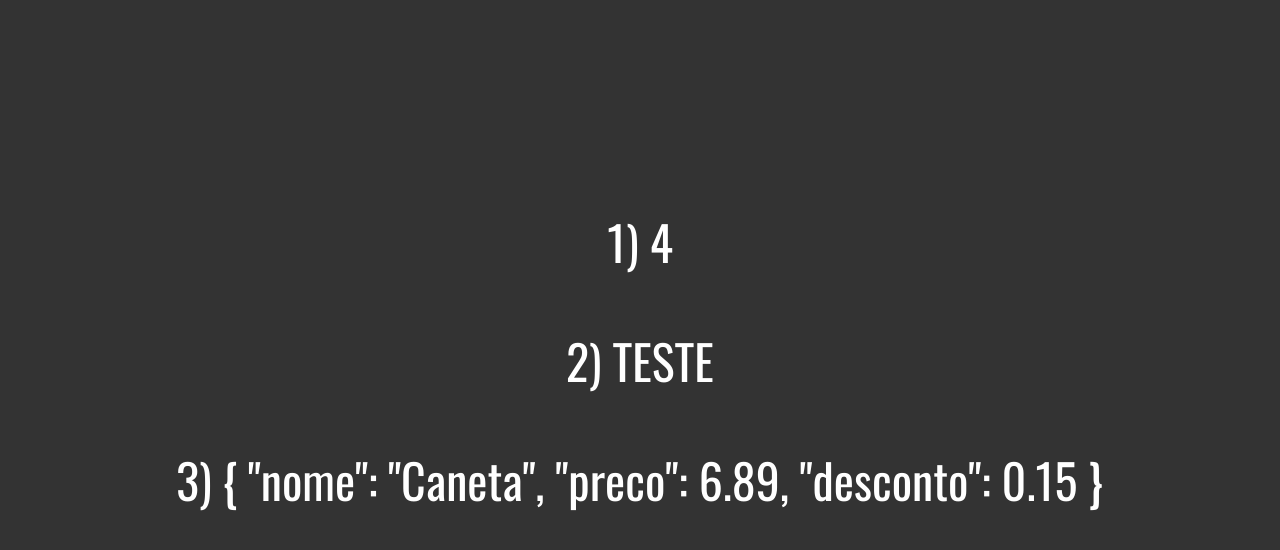
Repository: WillianPer/VUE
Page: exercicios/basico.html
These files come from the project's save history. The page is drawn as it stood at one moment and after the next save; the edit follows.
The browser window is 1280 px wide. The pictures show the whole page.

Above is the page before, as saved 2022-08-11 20:37:35.

### exercicios/basico.html
<!DOCTYPE html>
<html>
<head>
    <meta charset="UTF-8">
    <title>Conceitos Básicos</title>
    <link rel="stylesheet" href="/css/estilo.css">
    <script src="/js/vue.min.js"></script>
</head>
<body class="exercicio">

    <div id="app">
        <p>1) {{2 + 2}}</p>
        <p>2) {{ 'Teste'.toUpperCase() }}</p>
        <p>3) {{ {nome, preco, desconto} }}</p>
    </div>

    <script>
        new Vue({
            el: "#app",
            data: {
                nome: 'Caneta',
                preco: 6.89,
                desconto: 0.15
            }
        })
    </script>
</body>
</html>

Loaded but not shown: exercicios/css/estilo.css (common file); exercicios/js/vue.min.js (library)

After the next save:
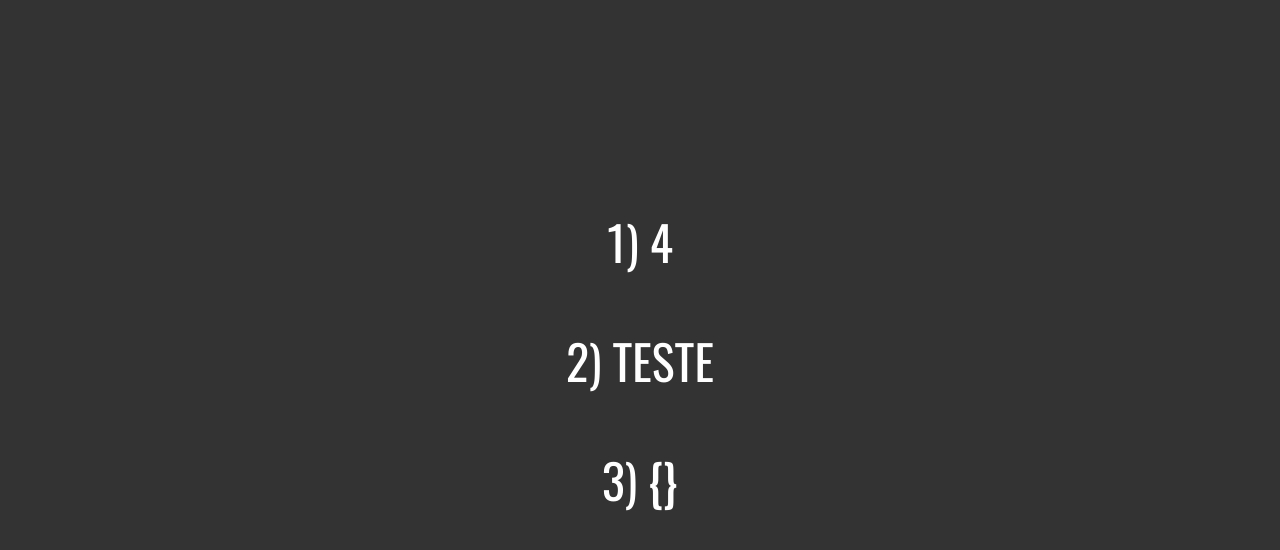
Saved 83 s later.
--- a/exercicios/basico.html
+++ b/exercicios/basico.html
@@ -11,7 +11,7 @@
     <div id="app">
         <p>1) {{2 + 2}}</p>
         <p>2) {{ 'Teste'.toUpperCase() }}</p>
-        <p>3) {{ {nome, preco, desconto} }}</p>
+        <p>3) {{ {} }}</p>
     </div>
 
     <script>

After the save that followed:
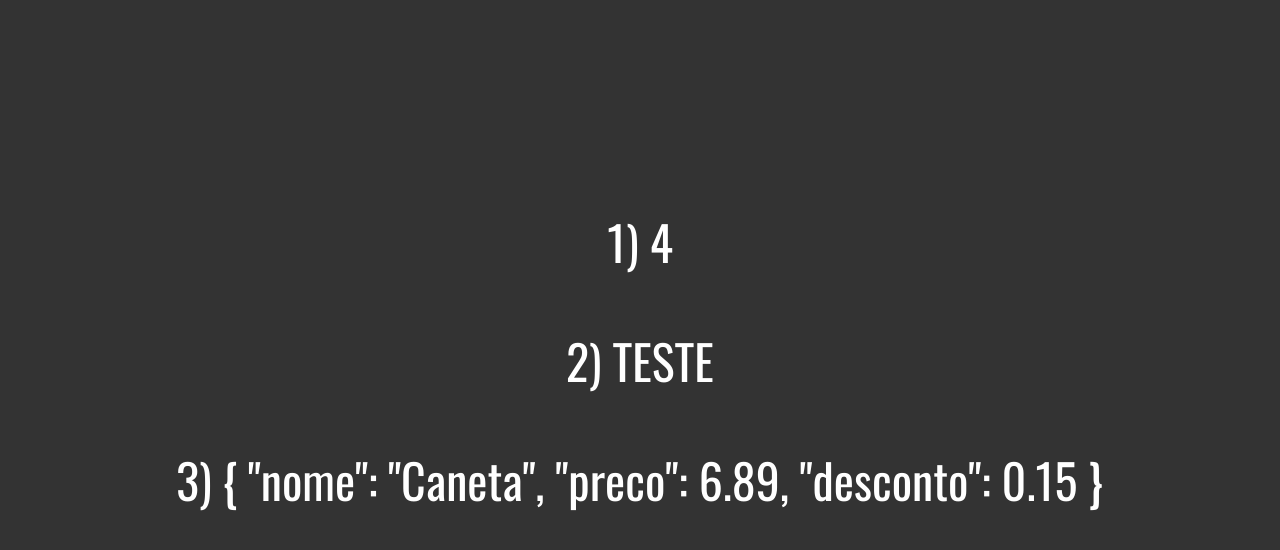
Saved 17 s later.
--- a/exercicios/basico.html
+++ b/exercicios/basico.html
@@ -11,7 +11,7 @@
     <div id="app">
         <p>1) {{2 + 2}}</p>
         <p>2) {{ 'Teste'.toUpperCase() }}</p>
-        <p>3) {{ {} }}</p>
+        <p>3) {{ {nome, preco, desconto} }}</p>
     </div>
 
     <script>
